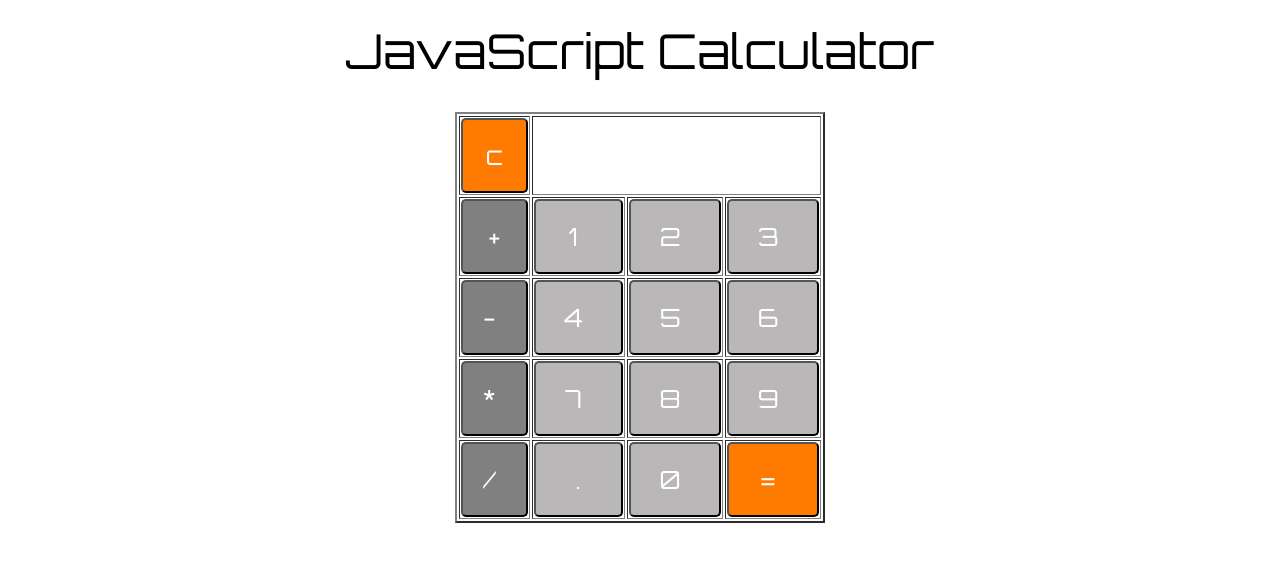
Repository: spidero7/Simple-Calculator
Page: index.html
An editor plug-in stored every save of this project. The page is shown before and after the next save, followed by the edit.
The browser window is 1280 px wide. The pictures show the whole page.

Above is the page before, as saved 2021-09-16 08:01:50.

After the next save:
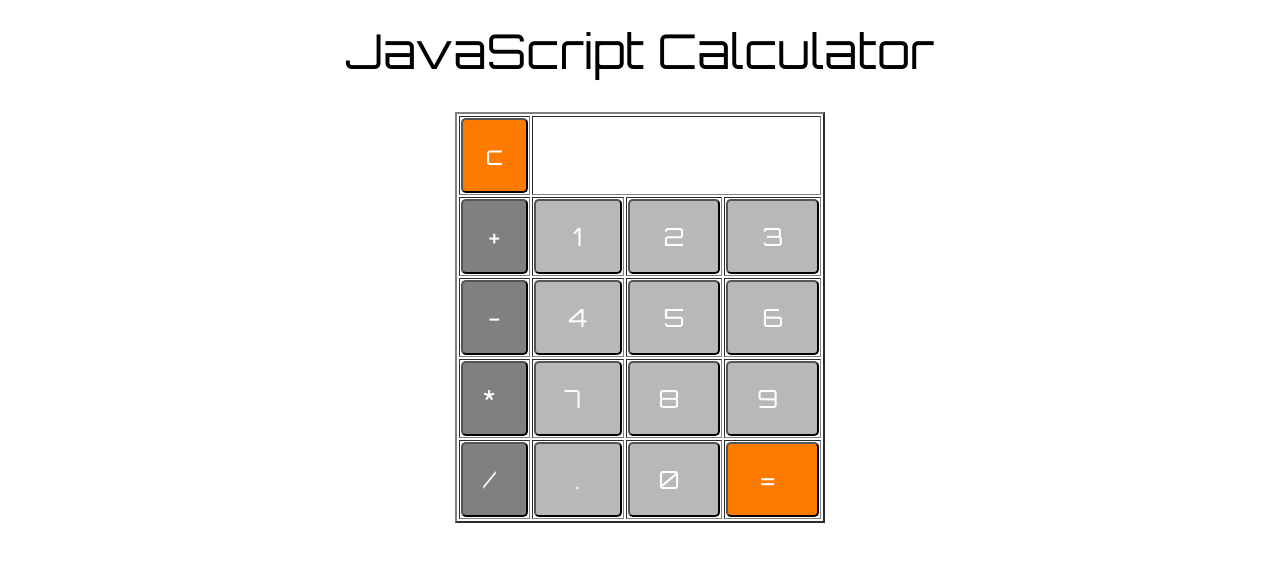
Saved 11 s later.
--- a/index.html
+++ b/index.html
@@ -20,15 +20,15 @@
                 </tr>
                 <tr>
                     <td><input type="button" value="+" class="action" onclick="display('+')"/></td>
-                    <td><input type="button" value="1" class="numbers spacing" onclick="display('1')"/></td>
-                    <td><input type="button" value="2" class="numbers spacing" onclick="display('2')"/></td>
-                    <td><input type="button" value="3" class="numbers spacing" onclick="display('3')"/></td>
+                    <td><input type="button" value="1" class="numbers" onclick="display('1')"/></td>
+                    <td><input type="button" value="2" class="numbers" onclick="display('2')"/></td>
+                    <td><input type="button" value="3" class="numbers" onclick="display('3')"/></td>
                 </tr>
                 <tr>
-                    <td><input type="button" value="-" class="action spacing" onclick="display('-')"/></td>
-                    <td><input type="button" value="4" class="numbers spacing" onclick="display('4')"/></td>
-                    <td><input type="button" value="5" class="numbers spacing" onclick="display('5')"/></td>
-                    <td><input type="button" value="6" class="numbers spacing" onclick="display('6')"/></td>
+                    <td><input type="button" value="-" class="action" onclick="display('-')"/></td>
+                    <td><input type="button" value="4" class="numbers" onclick="display('4')"/></td>
+                    <td><input type="button" value="5" class="numbers" onclick="display('5')"/></td>
+                    <td><input type="button" value="6" class="numbers" onclick="display('6')"/></td>
                 </tr>
                 <tr>
                     <td><input type="button" value="*" class="action spacing" onclick="display('*')"/></td>
